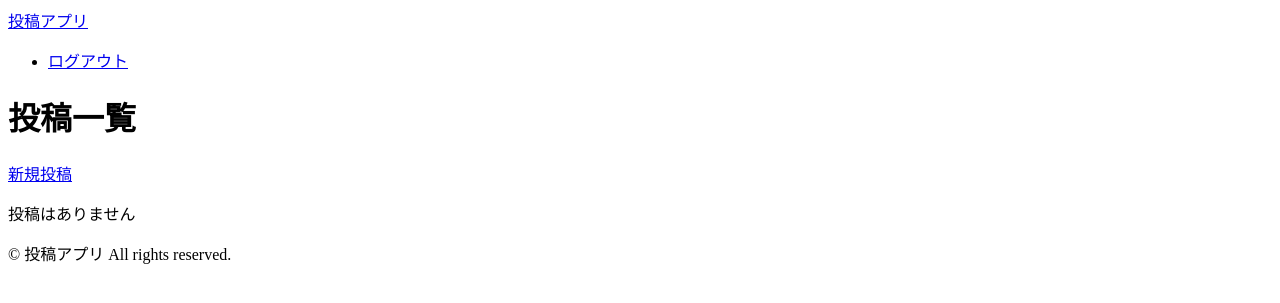
Repository: Yu62ballena/laravel_posting_app
Page: http://localhost/posts
These files come from the project's save history. The page is drawn as it stood at one moment and after the next save; the edit follows.
The browser window is 1280 px wide. The pictures show the whole page.
The page is served by the project's Laravel application, run on PHP 8.4 with Laravel 10. A made-up administrator, Test User (test@example.com), is signed in. Other server files are loaded and not shown. Queries for data that is not in the repository find no rows.

Above is the page before, as saved 2024-05-21 13:45:56.

### routes/web.php
<?php

use App\Http\Controllers\ProfileController;
use Illuminate\Support\Facades\Route;
use App\Http\Controllers\PostController;

/*
|--------------------------------------------------------------------------
| Web Routes
|--------------------------------------------------------------------------
|
| Here is where you can register web routes for your application. These
| routes are loaded by the RouteServiceProvider and all of them will
| be assigned to the "web" middleware group. Make something great!
|
*/
Route::get('/', [PostController::class, 'index'])->middleware(['auth', 'verified'])->name('posts.index');

// Route::get('/dashboard', function () {
//     return view('dashboard');
// })->middleware(['auth', 'verified'])->name('dashboard');

// Route::middleware('auth')->group(function () {
//     Route::get('/profile', [ProfileController::class, 'edit'])->name('profile.edit');
//     Route::patch('/profile', [ProfileController::class, 'update'])->name('profile.update');
//     Route::delete('/profile', [ProfileController::class, 'destroy'])->name('profile.destroy');
// });

require __DIR__.'/auth.php';

// Route::get('/posts', [PostController::class, 'index'])->middleware(['auth', 'verified'])->name('posts.index');
// Route::get('/posts/create', [PostController::class, 'create'])->middleware(['auth', 'verified'])->name('posts.create');
// Route::post('/posts', [PostController::class, 'store'])->middleware(['auth', 'verified'])->name('posts.store');
// Route::get('/posts/{post}', [PostController::class, 'show'])->middleware(['auth', 'verified'])->name('posts.show');
// Route::get('/posts/{post}/edit', [PostController::class, 'edit'])->middleware(['auth', 'verified'])->name('posts.edit');
// Route::patch('/posts/{post}', [PostController::class, 'update'])->middleware(['auth', 'verified'])->name('posts.update');
// Route::delete('/posts/{post}', [PostController::class, 'destroy'])->middleware(['auth', 'verified'])->name('posts.destroy');

Route::resource('posts', PostController::class)->middleware(['auth', 'verified']);

### app/Models/User.php
<?php

namespace App\Models;

// use Illuminate\Contracts\Auth\MustVerifyEmail;
use Illuminate\Database\Eloquent\Factories\HasFactory;
use Illuminate\Foundation\Auth\User as Authenticatable;
use Illuminate\Notifications\Notifiable;
use Laravel\Sanctum\HasApiTokens;
use Illuminate\Contracts\Auth\MustVerifyEmail;

class User extends Authenticatable implements MustVerifyEmail
{
    use HasApiTokens, HasFactory, Notifiable;

    /**
     * The attributes that are mass assignable.
     *
     * @var array<int, string>
     */
    protected $fillable = [
        'name',
        'email',
        'password',
    ];

    /**
     * The attributes that should be hidden for serialization.
     *
     * @var array<int, string>
     */
    protected $hidden = [
        'password',
        'remember_token',
    ];

    /**
     * The attributes that should be cast.
     *
     * @var array<string, string>
     */
    protected $casts = [
        'email_verified_at' => 'datetime',
        'password' => 'hashed',
    ];

    public function posts() {
        return $this->hasMany(Post::class);
    }
}

### app/Http/Controllers/PostController.php
<?php

namespace App\Http\Controllers;

use Illuminate\Http\Request;
use App\Models\Post;
use Illuminate\Support\Facades\Auth;
use App\Http\Requests\PostRequest;

class PostController extends Controller
{
    public function index() {
        $posts = Auth::user()->posts()->orderBy('created_at', 'desc')->get();

        return view('posts.index', compact('posts'));
    }

    public function show(Post $post) {
        return view('posts.show', compact('post'));
    }

    public function create() {
        return view('posts.create');
    }

    public function store(PostRequest $request) {
        $post = new Post();
        $post->title = $request->input('title');
        $post->content = $request->input('content');
        $post->user_id = Auth::id();
        $post->save();

        return redirect()->route('posts.index')->with('flash_message', '投稿が完了しました。');
    }

    public function edit(Post $post) {
        if($post->user_id !== Auth::id()) {
            return redirect()->route('posts.index')->with('error_message', '不正なアクセスです。');
        }

        return view('posts.edit', compact('post'));
    }

    public function update(PostRequest $request, Post $post) {
        if($post->user_id !== Auth::id()) {
            return redirect()->route('posts.index')->with('error_message', '不正なアクセスです。');
        }

        $post->title = $request->input('title');
        $post->content = $request->input('content');
        $post->save();

        return redirect()->route('posts.show', $post)->with('flash_message', '投稿を編集しました。');
    }

    public function destroy(Post $post) {
        if($post->user_id !== Auth::id()) {
            return redirect()->route('posts.index')->with('error_message', '不正なアクセスです。');
        }

        $post->delete();

        return redirect()->route('posts.index')->with('flash_message', '投稿を削除しました。');
    }
}

### app/Models/Post.php
<?php

namespace App\Models;

use Illuminate\Database\Eloquent\Factories\HasFactory;
use Illuminate\Database\Eloquent\Model;

class Post extends Model
{
    use HasFactory;

    public function user() {
        return $this->belongsTo(User::class);
    }
}

### resources/views/posts/index.blade.php
<!DOCTYPE html>
<html lang="ja">
<head>
    <meta charset="UTF-8">
    <meta name="viewport" content="width=device-width, initial-scale=1.0">
    <meta http-equiv="X-UA-Compatible" content="ie=edge">
    <title>投稿一覧</title>
</head>
<body>
    <header>
        <nav>
            <a href="{{ route('posts.index') }}">投稿アプリ</a>

            <ul>
                <li>
                    <a href="{{ route('logout') }}" onclick="event.preventDefault(); document.getElementById('logout-form').submit();">ログアウト</a>
                    <form id="logout-form" action="{{ route('logout') }}" method="POST">
                        @csrf
                    </form>
                </li>
            </ul>
        </nav>
    </header>

        <main>
            <h1>投稿一覧</h1>

            @if(session('flash_message'))
                <p>{{ session('flash_message') }}</p>
            @endif

            @if(session('error_message'))
                <p>{{ session('error_message') }}</p>
            @endif

            <a href="{{ route('posts.create') }}">新規投稿</a>

            @if($posts->isNotEmpty())
                @foreach ($posts as $post)
                    <article>
                        <h2>{{ $post->title }}</h2>
                        <p>{{ $post->content }}</p>
                        <a href="{{ route('posts.show', $post) }}">詳細</a>
                        <a href="{{ route('posts.edit', $post) }}">編集</a>
                        <form action="{{ route('posts.destroy', $post) }}" method="POST" onsubmit="return confirm('本当に削除してもよろしいですか？');">
                            @csrf
                            @method('DELETE')
                            <button type="submit">削除</button>
                        </form>
                    </article>
                @endforeach
            @else
                <p>投稿はありません</p>
            @endif
        </main>

        <footer>
            <p>&copy; 投稿アプリ All rights reserved.</p>
        </footer>

</body>
</html>

Loaded but not shown: routes/auth.php (common file); app/Http/Controllers/Auth/EmailVerificationPromptController.php (common file); app/Http/Controllers/Controller.php (common file); app/Http/Controllers/Auth/VerifyEmailController.php (common file)

After the next save:
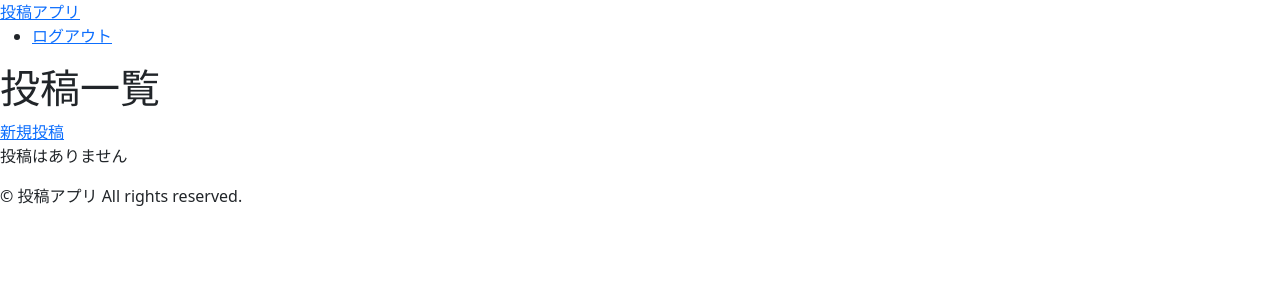
Saved 52 s later.
--- a/resources/views/posts/index.blade.php
+++ b/resources/views/posts/index.blade.php
@@ -5,6 +5,9 @@
     <meta name="viewport" content="width=device-width, initial-scale=1.0">
     <meta http-equiv="X-UA-Compatible" content="ie=edge">
     <title>投稿一覧</title>
+
+      {{-- Bootstrap --}}
+      <link href="https://cdn.jsdelivr.net/npm/bootstrap@5.3.0/dist/css/bootstrap.min.css" rel="stylesheet" integrity="sha384-9ndCyUaIbzAi2FUVXJi0CjmCapSmO7SnpJef0486qhLnuZ2cdeRhO02iuK6FUUVM" crossorigin="anonymous">
 </head>
 <body>
     <header>
